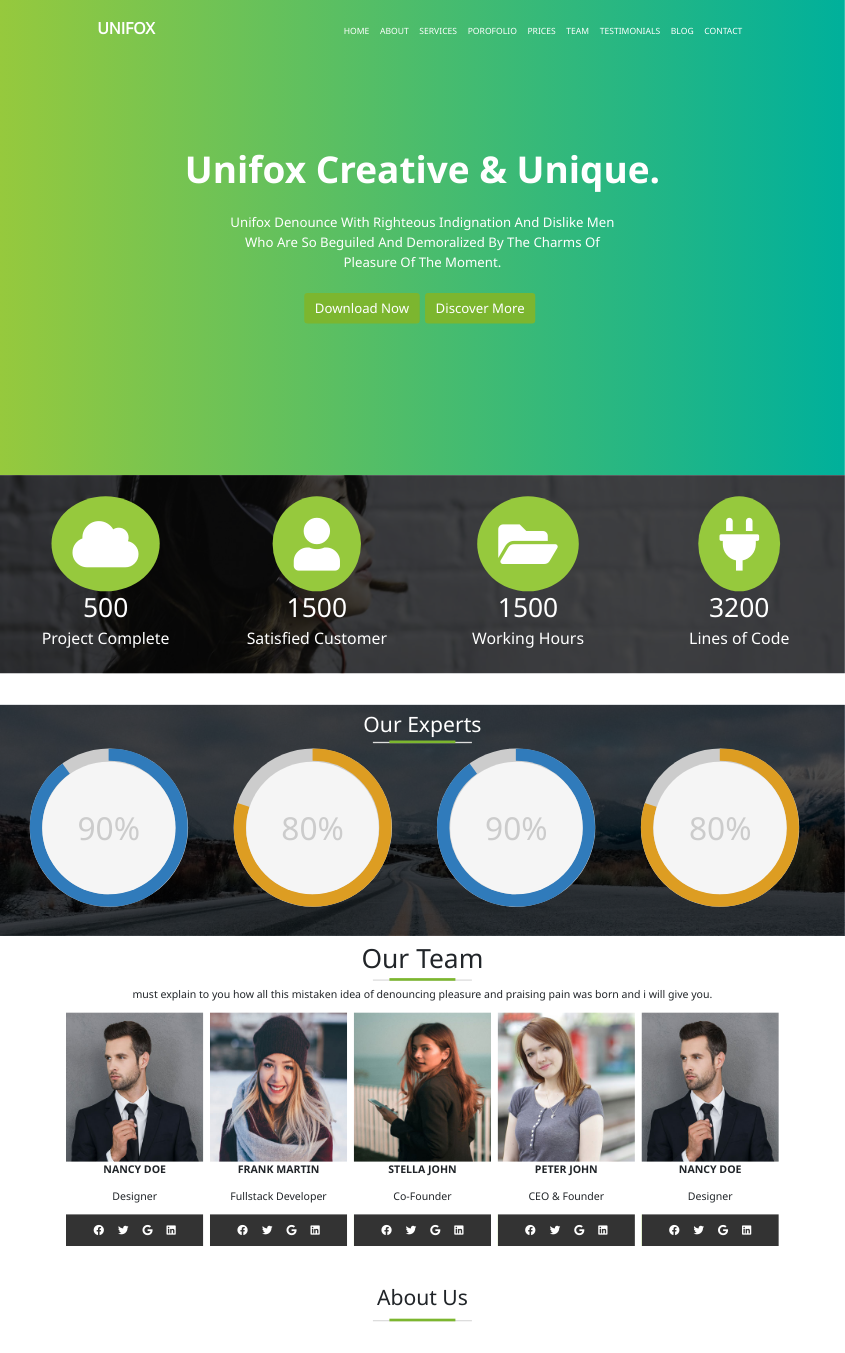
Repository: ibrkhalil/Uniforce-First-Attempt
Page: index.html
An editor plug-in stored every save of this project. The page is shown before and after the next save, followed by the edit.
The browser window is 1280 px wide. The pictures show the whole page, at 66% of full size.
Backgrounds fixed to the window are drawn as part of the page.

Above is the page before, as saved 2021-01-24 02:26:41.

### index.html
<!DOCTYPE html>
<html lang="en">
  <head>
    <meta charset="UTF-8" />
    <link rel="stylesheet" href="./bootstrap.min.css" />
    <link rel="stylesheet" href="owl.carousel.css" />
    <link rel="preconnect" href="https://fonts.gstatic.com" />
    <link rel="stylesheet" href="./jquery-ui.css" />
    <link
      rel="stylesheet"
      href="https://use.fontawesome.com/releases/v5.15.2/css/all.css"
      integrity="sha384-vSIIfh2YWi9wW0r9iZe7RJPrKwp6bG+s9QZMoITbCckVJqGCCRhc+ccxNcdpHuYu"
      crossorigin="anonymous"
    />
    <link rel="stylesheet" href="./circle.css" />
    <link
      href="https://fonts.googleapis.com/css2?family=Open+Sans&display=swap"
      rel="stylesheet"
    />
    <link rel="stylesheet" href="style.css" />
    <meta name="viewport" content="width=device-width, initial-scale=1.0" />
    <title>Unifox</title>
  </head>

  <body>
    <div class="main-nav">
      <nav
        class="navbar navbar-expand-lg justify-content-around sticky-top navbar-fixed-top"
      >
        <!-- <div class="container"> -->
        <a class="navbar-brand" href="#"><h3 class="unifox">UNIFOX</h3></a>
        <button
          class="navbar-toggler"
          type="button"
          data-toggle="collapse"
          data-target="#navbarSupportedContent"
          aria-controls="navbarSupportedContent"
          aria-expanded="false"
          aria-label="Toggle navigation"
        >
          <span class="fa fa-bars fa-3x"></span>
        </button>
        <div class="">
          <div class="nav-items">
            <div class="collapse navbar-collapse" id="navbarSupportedContent">
              <ul class="navbar-nav mr-auto">
                <li class="item">
                  <a class="nav-link active" href="#">HOME</a>
                </li>
                <li class="nav-item"><a class="nav-link" href="#">ABOUT</a></li>
                <li class="nav-item">
                  <a class="nav-link" href="#">SERVICES</a>
                </li>
                <li class="nav-item">
                  <a class="nav-link" href="#">POROFOLIO</a>
                </li>
                <li class="nav-link"><a href="#">PRICES</a></li>
                <li class="nav-link"><a href="#">TEAM</a></li>
                <li class="nav-link"><a href="#">TESTIMONIALS</a></li>
                <li class="nav-link"><a href="#">BLOG</a></li>
                <li class="nav-link"><a href="#">CONTACT</a></li>
              </ul>
            </div>
          </div>
        </div>

        <!-- </div> -->
      </nav>

      <!-- nav end -->

      <div class="jumbotron">
        <h1 class="display-4 jumbo-main-text">
          <strong>Unifox Creative & Unique.</strong>
        </h1>
        <p class="lead jumbo-subtext">
          Unifox Denounce With Righteous Indignation And Dislike Men Who Are So
          Beguiled And Demoralized By The Charms Of Pleasure Of The Moment.
        </p>

        <div class="jumbo-btns">
          <p class="lead">
            <a class="btn jumbo-btn btn-primary btn-lg" href="#" role="button"
              >Download Now</a
            >
          </p>
          <p class="lead">
            <a class="btn jumbo-btn btn-primary btn-lg" href="#" role="button"
              >Discover More</a
            >
          </p>
        </div>
      </div>
      <!-- jumbotron end -->
      <!-- heading end -->
    </div>
    <div class="counting-number parallax">
      <div class="container-fluid">
        <div class="row">
          <div class="col-md-3">
            <i class="fa counting-icon fa-cloud fa-5x"></i>
            <h1 class="counter" data-count="500">0</h1>
            <h4>Project Complete</h4>
          </div>
          <div class="col-md-3">
            <i class="fa counting-icon fa-user fa-5x"></i>
            <h1 class="counter" data-count="1500">0</h1>
            <h4>Satisfied Customer</h4>
          </div>
          <div class="col-md-3">
            <i class="fa counting-icon fa-folder-open fa-5x"></i>
            <h1 class="counter" data-count="1500">0</h1>
            <h4>Working Hours</h4>
          </div>
          <div class="col-md-3">
            <i class="fa counting-icon fa-plug fa-5x"></i>
            <h1 class="counter" data-count="3200">0</h1>
            <h4>Lines of Code</h4>
          </div>
        </div>
      </div>
    </div>

    <br />
    <br />

    <!-- Counting number div -->
    <div class="our-experts-main">
      <h2 class="our-experts-word line">Our Experts</h2>

      <div class="our-experts">
        <div class="clearfix circular-icons">
          <div class="c100 p90 big blue">
            <span>90%</span>
            <div class="slice">
              <div class="bar"></div>
              <div class="fill"></div>
            </div>
          </div>
          <div class="c100 p80 big orange">
            <span>80%</span>
            <div class="slice">
              <div class="bar"></div>
              <div class="fill"></div>
            </div>
          </div>
          <div class="c100 p90 big blue">
            <span>90%</span>
            <div class="slice">
              <div class="bar"></div>
              <div class="fill"></div>
            </div>
          </div>

          <div class="c100 p80 big orange">
            <span>80%</span>
            <div class="slice">
              <div class="bar"></div>
              <div class="fill"></div>
            </div>
          </div>
        </div>
        <!-- /green -->

        <!-- orange -->
        <div class="clearfix"></div>
      </div>
    </div>

    <!-- experts end -->

    <div class="our-team">
      <div class="container">
        <div class="our-team-text">
          <h1 class="line">Our Team</h1>

          <p>
            must explain to you how all this mistaken idea of denouncing
            pleasure and praising pain was born and i will give you.
          </p>
        </div>
        <div class="top-content">
          <div class="container-fluid">
            <div class="owl-carousel owl-theme">
              <div class="item">
                <img
                  src="./images/1 (1).jpg"
                  class="img-fluid mx-auto d-block"
                  alt="img1"
                />
                <strong class="team-member-name">
                  <p>STELLA JOHN</p>
                </strong>
                <p>Co-Founder</p>
                <div class="social-media-icons" data-content="Link Hover">
                  <div
                    class="container d-flex justify-content-around align-items-center"
                  >
                    <i class="fab fa-facebook"></i>
                    <i class="fab fa-twitter"></i>
                    <i class="fab fa-google"></i>
                    <i class="fab fa-linkedin"></i>
                  </div>
                </div>
              </div>

              <div class="item">
                <img
                  src="./images/2 (1).jpg"
                  class="img-fluid mx-auto d-block"
                  alt="img2"
                />
                <strong class="team-member-name">
                  <p>PETER JOHN</p>
                </strong>
                <p>CEO & Founder</p>
                <div class="social-media-icons">
                  <div
                    class="container d-flex justify-content-around align-items-center"
                  >
                    <i class="fab fa-facebook"></i>
                    <i class="fab fa-twitter"></i>
                    <i class="fab fa-google"></i>
                    <i class="fab fa-linkedin"></i>
                  </div>
                </div>
              </div>

              <div class="item">
                <img
                  src="./images/3 (1).jpg"
                  class="img-fluid mx-auto d-block"
                  alt="img3"
                />
                <strong class="team-member-name">
                  <p>NANCY DOE</p>
                </strong>
                <p>Designer</p>
                <div class="social-media-icons">
                  <div
                    class="container d-flex justify-content-around align-items-center"
                  >
                    <i class="fab fa-facebook"></i>
                    <i class="fab fa-twitter"></i>
                    <i class="fab fa-google"></i>
                    <i class="fab fa-linkedin"></i>
                  </div>
                </div>
              </div>

              <div class="item">
                <img
                  src="./images/4.jpg"
                  class="img-fluid mx-auto d-block"
                  alt="img4"
                />
                <strong class="team-member-name">
                  <p>FRANK MARTIN</p>
                </strong>
                <p>Fullstack Developer</p>
                <div class="social-media-icons">
                  <div
                    class="container d-flex justify-content-around align-items-center"
                  >
                    <i class="fab fa-facebook"></i>
                    <i class="fab fa-twitter"></i>
                    <i class="fab fa-google"></i>
                    <i class="fab fa-linkedin"></i>
                  </div>
                </div>
              </div>
            </div>
          </div>
        </div>
      </div>
    </div>
        <section class="line my-5 green-bottom-border">
            <h2>About Us</h2>
        </section>

    <script src="./jquery.js"></script>
    <script src="./jquery-ui.js"></script>
    <script src="./owl.carousel.js"></script>
    <script src="./owl.autoplay.js"></script>
    <script src="./bootstrap.js"></script>
    <script src="./script.js"></script>
  </body>
</html>

### style.css
*{
    margin: 0;
    padding: 0;
}
body{
    font-family: 'Segoe UI', Tahoma, Geneva, Verdana, sans-serif;
}
.nav-items{
    display: flex;
    width: 100%;
    justify-content: space-between;
}

.main-nav h3{
    font-family: 'Open Sans', sans-serif;
    font-weight: bold;
    font-size: x-large;
}
.main-nav{
    transition: all 200ms;
    font-size: small;
    background: linear-gradient(to right, #96c93d, #00b09b);
    height: 100vh;
}
.main-nav a{
    text-decoration: none;
    color: white;
    border: none;
}
 .main-nav li, .main-nav h3 {
    margin-top: 1rem;
}
.circular-icons{
    display: flex;
    justify-content: space-between;
}
.jumbotron{
    text-align: center;
    margin-top: 5rem;
    color: white;
    background-color: transparent;
}
.jumbo-btn{
    background-color: #7CB62F;
}

.navbar-fixed-top a:hover{
    color: #3e3e3e;
}
.navbar-fixed-top.scrolled {
    width: 100vw;
    background-color: #fff !important;
    /* padding: 0.5rem 0; */
    /* transition: all 200ms ease; */

  }
/* .navbar-fixed-top.scrolled  a{
    color: black;

  } */
  .navbar-fixed-top.scrolled  a:hover{
    color: gray;

  }
.jumbo-btns{
    display: flex;
    justify-content: center;
}
.jumbo-subtext{

    margin: 2rem auto;
    width: 50%;
}
.jumbo-main-text{
font-weight: 400;
}
.jumbo-btns p{
   margin-right: 0.5rem;
}
.lead-btns a{
    display: flex;
    border: none;
}
.parallax {
    background-image: url("./fun_facts_bg.jpg");
    height: 300px;
    background-blend-mode: overlay;
    background-attachment: fixed;
    background-position: center;
    background-repeat: no-repeat;
    background-size: cover;
    background-color: rgba(0, 0, 0,0.7);
    color: white;
    text-align: center;
    display: flex;
    align-items: center;
  }
  .parallax img {
      height: 300px;
      object-fit: cover;
  }
  .counting-icon{
      padding: 2rem;
      background-color: #96c93d ;
      border-radius: 50%;
  }
.jumbo-btn:hover{
    transition: 1s;
    background-color: black;
}
.line{
    position: relative;
    text-align: center;
    padding: 10px 0;
}
.line::after , .line::before{
    content: "";
    width: 100px;
    height: 4px;
    position: absolute;
    background-color: #7CB62F;
    left: 50%;
    transform: translate(-50%,0);
    bottom: 0;
}
.line::before{
    height: 2px;
    background-color: #ddd;
    width: 150px;
}


.clearfix:before,.clearfix:after {content: " "; display: table;}
.clearfix:after {clear: both;}
.clearfix {*zoom: 1;}


.our-experts-main{
    background-image: url("./skill-bg.jpg");
    height: 350px;
    background-blend-mode: overlay;
    background-attachment: fixed;
    background-position: center;
    background-repeat: no-repeat;
    background-size: cover;
    background-color: rgba(0, 0, 0,0.7);
    color: white;
}
.our-experts-main:first-child{
    display: flex;
    justify-content: center;
}
.our-experts h2{
    display: block !important;
}
.our-team{
    text-align: center;
}
@media (min-width: 768px) and (max-width: 991px) {
    /* Show 4th slide on md if col-md-4*/
    .carousel-inner .active.col-md-4.carousel-item + .carousel-item + .carousel-item + .carousel-item {
        position: absolute;
        top: 0;
        right: -33.3333%;  /*change this with javascript in the future*/
        z-index: -1;
        display: block;
        visibility: visible;
    }
}
@media (min-width: 576px) and (max-width: 768px) {
    /* Show 3rd slide on sm if col-sm-6*/
    .carousel-inner .active.col-sm-6.carousel-item + .carousel-item + .carousel-item {
        position: absolute;
        top: 0;
        right: -50%;  /*change this with javascript in the future*/
        z-index: -1;
        display: block;
        visibility: visible;
    }
}
@media (min-width: 576px) {
    .carousel-item {
        margin-right: 0;
    }
    /* show 2 items */
    .carousel-inner .active + .carousel-item {
        display: block;
    }
    .carousel-inner .carousel-item.active:not(.carousel-item-right):not(.carousel-item-left),
    .carousel-inner .carousel-item.active:not(.carousel-item-right):not(.carousel-item-left) + .carousel-item {
        transition: none;
    }
    .carousel-inner .carousel-item-next {
        position: relative;
        transform: translate3d(0, 0, 0);
    }
    /* left or forward direction */
    .active.carousel-item-left + .carousel-item-next.carousel-item-left,
    .carousel-item-next.carousel-item-left + .carousel-item,
    .carousel-item-next.carousel-item-left + .carousel-item + .carousel-item {
        position: relative;
        transform: translate3d(-100%, 0, 0);
        visibility: visible;
    }
    /* farthest right hidden item must be also positioned for animations */
    .carousel-inner .carousel-item-prev.carousel-item-right {
        position: absolute;
        top: 0;
        left: 0;
        z-index: -1;
        display: block;
        visibility: visible;
    }
    /* right or prev direction */
    .active.carousel-item-right + .carousel-item-prev.carousel-item-right,
    .carousel-item-prev.carousel-item-right + .carousel-item,
    .carousel-item-prev.carousel-item-right + .carousel-item + .carousel-item {
        position: relative;
        transform: translate3d(100%, 0, 0);
        visibility: visible;
        display: block;
        visibility: visible;
    }
}
/* MD */
@media (min-width: 768px) {
    /* show 3rd of 3 item slide */
    .carousel-inner .active + .carousel-item + .carousel-item {
        display: block;
    }
    .carousel-inner .carousel-item.active:not(.carousel-item-right):not(.carousel-item-left) + .carousel-item + .carousel-item {
        transition: none;
    }
    .carousel-inner .carousel-item-next {
        position: relative;
        transform: translate3d(0, 0, 0);
    }
    /* left or forward direction */
    .carousel-item-next.carousel-item-left + .carousel-item + .carousel-item + .carousel-item {
        position: relative;
        transform: translate3d(-100%, 0, 0);
        visibility: visible;
    }
    /* right or prev direction */
    .carousel-item-prev.carousel-item-right + .carousel-item + .carousel-item + .carousel-item {
        position: relative;
        transform: translate3d(100%, 0, 0);
        visibility: visible;
        display: block;
        visibility: visible;
    }
}
/* LG */
@media (min-width: 991px) {
    /* show 4th item */
    .carousel-inner .active + .carousel-item + .carousel-item + .carousel-item {
        display: block;
    }
    .carousel-inner .carousel-item.active:not(.carousel-item-right):not(.carousel-item-left) + .carousel-item + .carousel-item + .carousel-item {
        transition: none;
    }
    /* Show 5th slide on lg if col-lg-3 */
    .carousel-inner .active.col-lg-3.carousel-item + .carousel-item + .carousel-item + .carousel-item + .carousel-item {
        position: absolute;
        top: 0;
        right: -25%;  /*change this with javascript in the future*/
        z-index: -1;
        display: block;
        visibility: visible;
    }
    /* left or forward direction */
    .carousel-item-next.carousel-item-left + .carousel-item + .carousel-item + .carousel-item + .carousel-item {
        position: relative;
        transform: translate3d(-100%, 0, 0);
        visibility: visible;
    }
    /* right or prev direction //t - previous slide direction last item animation fix */
    .carousel-item-prev.carousel-item-right + .carousel-item + .carousel-item + .carousel-item + .carousel-item {
        position: relative;
        transform: translate3d(100%, 0, 0);
        visibility: visible;
        display: block;
        visibility: visible;
    }
}
.social-media-icons{
    color: white;
    padding: 1rem;
    /* clip-path: polygon(0 0, 0 0, 0% 100%, 0 100%); */
    /* background-size: 100% 0;y/ */
    /* width: 100%; */
    background: red; /* default color */

    /* "to left" / "to right" - affects initial color */
    background: linear-gradient(to left, #333 50%, #7CB62F 50%) right;
    background-size: 200%;
    transition: 1s ease;
}
.social-media-icons:hover{
    background-position:left;
}
.social-media-icons i{
    cursor: pointer;
}

/* .social-media-icons::before{
    position: absolute; */
    /* content: attr(data-content); */
/* } */


.social-media-icons .fab:hover{
    transition: 1s;
    color: gold;
}
.carousel-item:nth-child(2){
    margin-bottom: 1rem;
}

@media screen and (max-width: 768px){
    /* .navbar-nav{ */
        .navbody{
        display: none;
        justify-content: center;
        width: 100vw;
        /* float: right; */
    }
}

Loaded but not shown: bootstrap.min.css (library); owl.carousel.css (library); jquery-ui.css (library); jquery.js (library); jquery-ui.js (library); owl.carousel.js (library); owl.autoplay.js (library); bootstrap.js (library); script.js (88 lines, source omitted); circle.css (879 lines, source omitted)

After the next save:
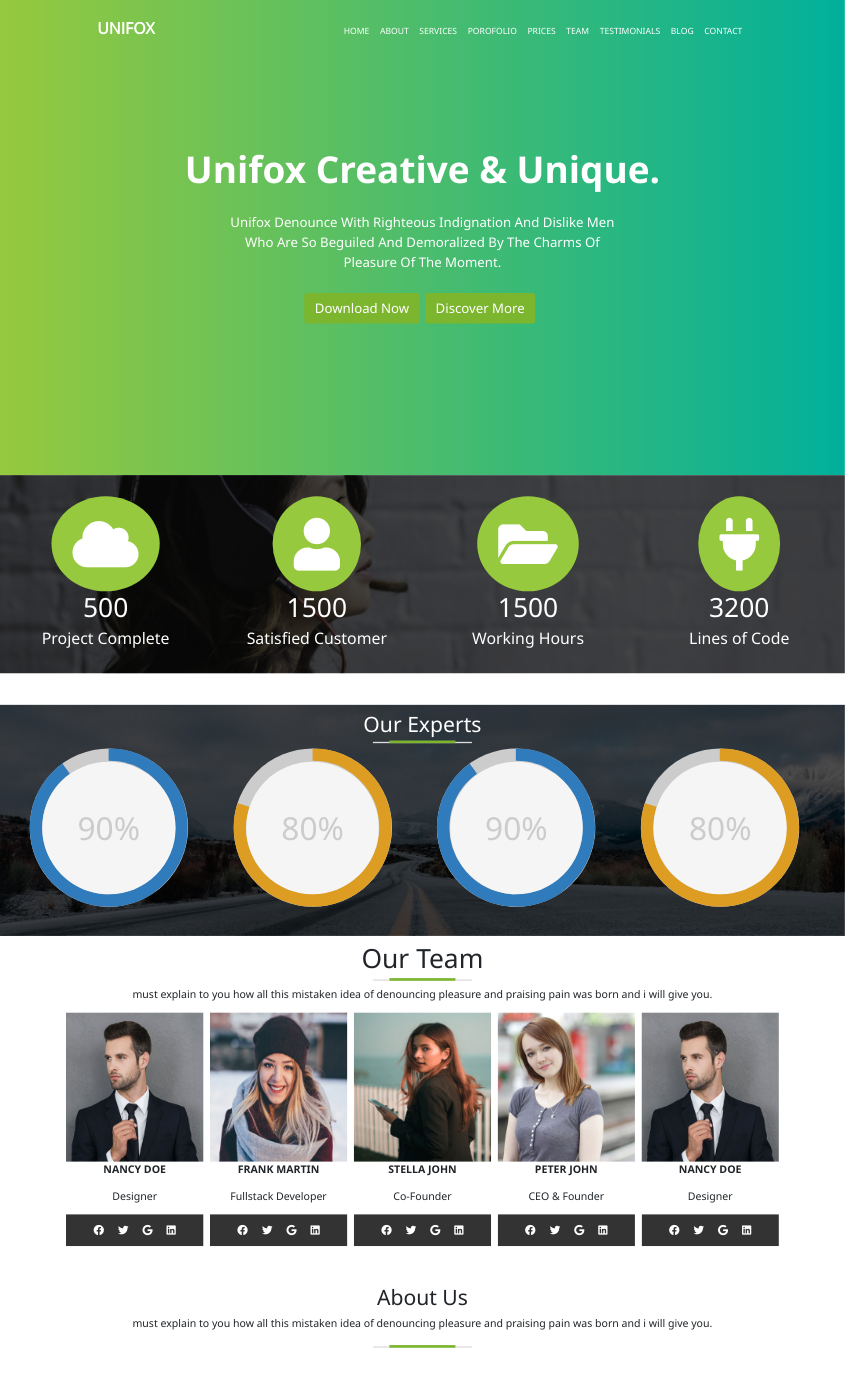
Saved 14 s later.
--- a/index.html
+++ b/index.html
@@ -276,6 +276,7 @@
     </div>
         <section class="line my-5 green-bottom-border">
             <h2>About Us</h2>
+            <p>must explain to you how all this mistaken idea of denouncing pleasure and praising pain was born and i will give you.</p>
         </section>
 
     <script src="./jquery.js"></script>
